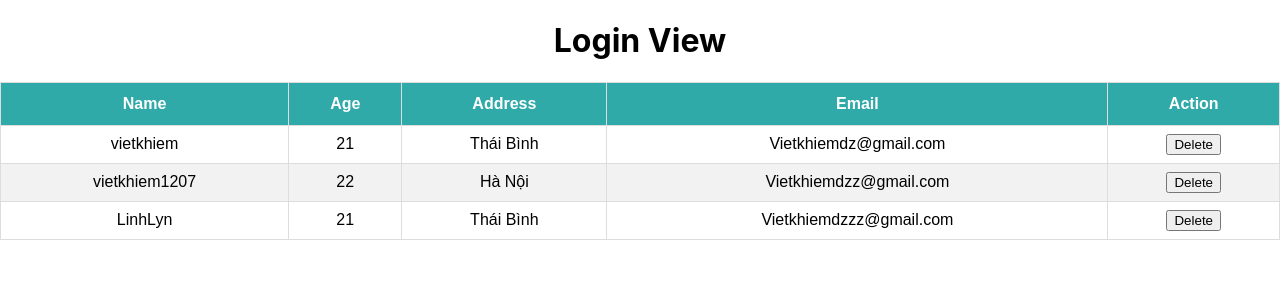
Repository: vietkhiem/TypeScript
Page: /
These files come from the project's save history. The page is drawn as it stood at one moment and after the next save; the edit follows.
The browser window is 1280 px wide. The pictures show the whole page.
The project was rebuilt for these pictures with package versions that can differ from the ones it lists, and the page was loaded fresh each time.

Above is the page before, as saved 2022-03-16 17:43:15.

### src/App.tsx
import React from 'react';
import './App.css';
import Login from './pages/login';
import TableCustom from './pages/table';


function App() {
  const studentsData = [
    {
      name: 'vietkhiem',
      age: 21,
      address: 'Thái Bình',
      email: 'Vietkhiemdz@gmail.com',
      action: 'Delete'
    },
    {
      name: 'vietkhiem1207',
      age: 22,
      address: 'Hà Nội',
      email: 'Vietkhiemdzz@gmail.com',
      action: 'Delete'
    },
    {
      name: 'LinhLyn',
      age: 21,
      address: 'Thái Bình',
      email: 'Vietkhiemdzzz@gmail.com',
      action: 'Delete'
    }
  ]
  return (
    <div className="App">
      {/* thêm view login vào trong App.tsx */}
        <Login />
        {/* thêm components table vào app */}
        <TableCustom rows={studentsData} />

    </div>
  );
}

export default App;

### src/App.css
.App {
  text-align: center;
}

.App-link {
  color: #61dafb;
}

@keyframes App-logo-spin {
  from {
    transform: rotate(0deg);
  }
  to {
    transform: rotate(360deg);
  }
}
.customers {
  font-family: Arial, Helvetica, sans-serif;
  border-collapse: collapse;
  width: 100%;
}

.customers td, .customers th {
  border: 1px solid #ddd;
  padding: 8px;
}

.customers tr:nth-child(even){background-color: #f2f2f2;}

.customers tr:hover {background-color: #ddd;}

.customers th {
  padding-top: 12px;
  padding-bottom: 12px;
  text-align: center;
  background-color: rgb(48, 169, 169);
  color: white;
}

### src/pages/login/index.tsx
import React from 'react'

export default function Login() {
  return (
    <h1>Login View</h1>
  )
}

### src/pages/table/index.tsx
import React from "react";

type row = {
  name: string,
  age: number,
  address: string,
  email: string,
  action: string
}
type TableProps = {
  rows: row[]
}
function Table({rows} : TableProps) {
    return (
      <table className="customers">
          <thead>
              <th>Name</th>
              <th>Age</th>
              <th>Address</th>
              <th>Email</th>
              <th>Action</th>
          </thead>
          <tbody>
              {
                rows.map(row => (
                  <tr>
                    <td>{row.name}</td>
                    <td>{row.age}</td>
                    <td>{row.address}</td>
                    <td>{row.email}</td>
                    <td>
                      <button>{row.action}</button>
                    </td>
                  </tr>
                ))
              }
          </tbody>
      </table>
    );
}
export default Table;

Loaded but not shown: public/index.html (common file); src/index.tsx (common file); src/index.css (common file); src/reportWebVitals.ts (common file)

After the next save:
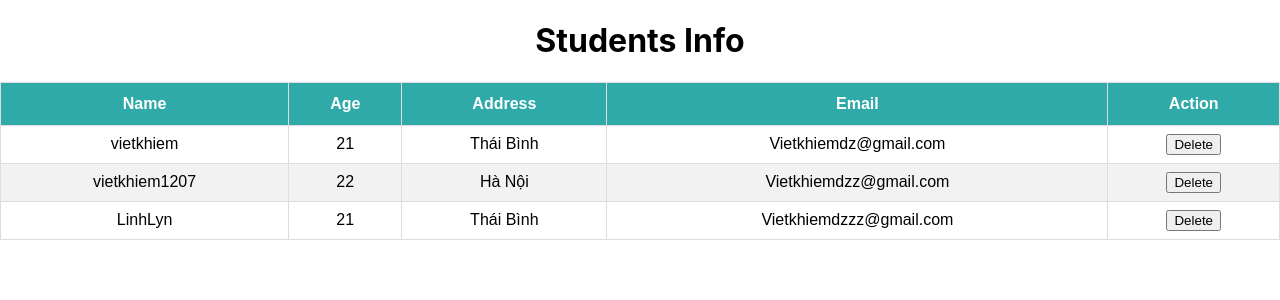
Saved 17 s later.
--- a/src/pages/login/index.tsx
+++ b/src/pages/login/index.tsx
@@ -2,6 +2,6 @@ import React from 'react'
 
 export default function Login() {
   return (
-    <h1>Login View</h1>
+    <h1>Students Info</h1>
   )
 }
